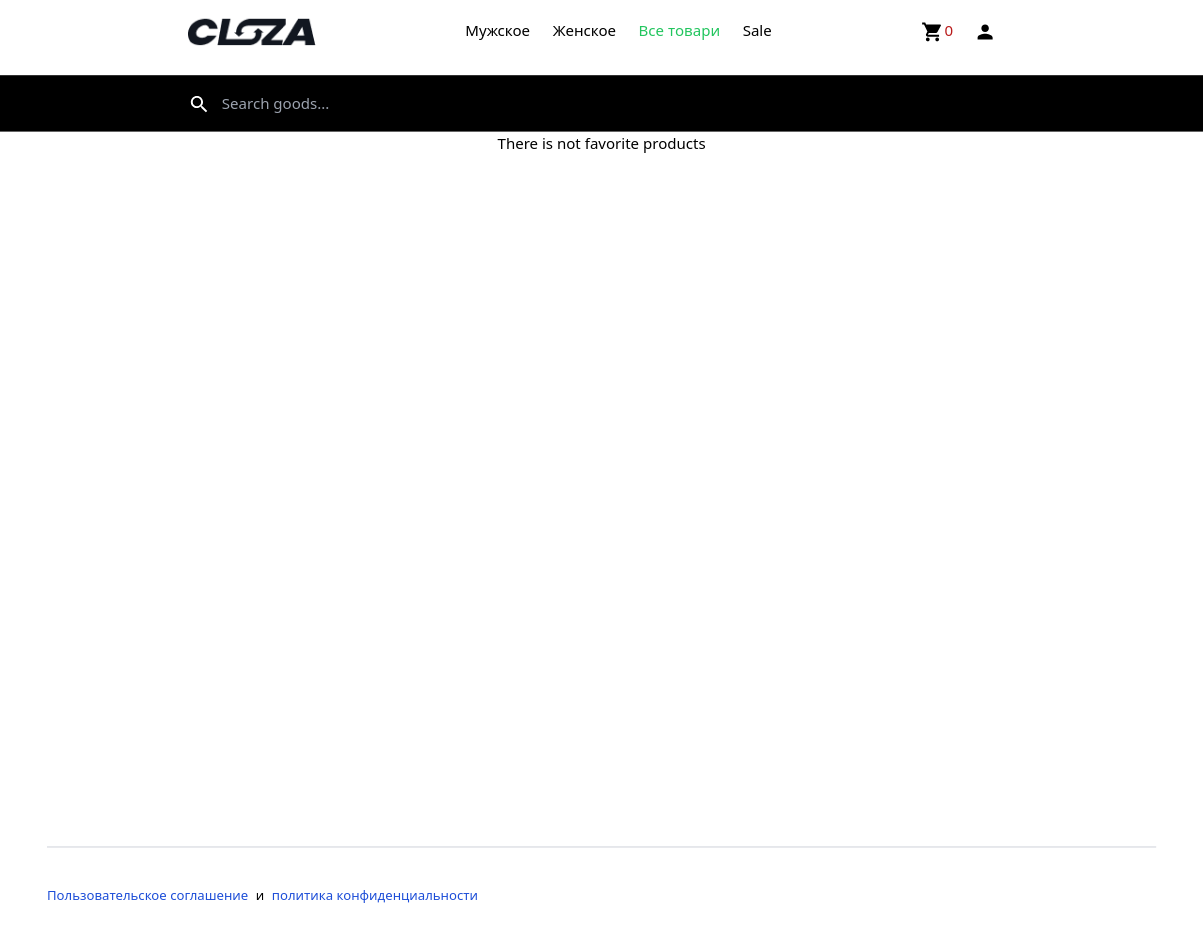
Repository: Ivan-Dovgoniuk/clothes-shop-front-end
Page: /favorite
The author's editor kept a copy of each file at every save. The page is drawn from the files as they stood at one save, then again after the next save.
The browser window is 1280 px wide. The pictures show the whole page, at 94% of full size.
The page's requests for data from a server got no answer. The project was rebuilt for these pictures with package versions that can differ from the ones it lists, and the page was loaded fresh each time. No one was signed in, and anything a server would have sent is missing. Also part of the build but not shown: src/hooks/checkProductStatus.hook.ts, src/hooks/productStatusEditor.hook.ts, src/Components/ProductItem/ProductItem.tsx, src/Pages/ProductPage/components/Products/Products.tsx, src/Pages/CategoriesPage/components/ResetButton/ResetButton.tsx, src/Pages/CategoriesPage/components/SideBarFilters/Filters/CategoryFilter.tsx, src/Pages/CategoriesPage/components/SideBarFilters/Filters/ColorFilter.tsx, src/Pages/CategoriesPage/components/SideBarFilters/Filters/PriceFilter.tsx and 23 more.

Above is the page before, as saved 2023-01-18 21:49:58.

After the next save:
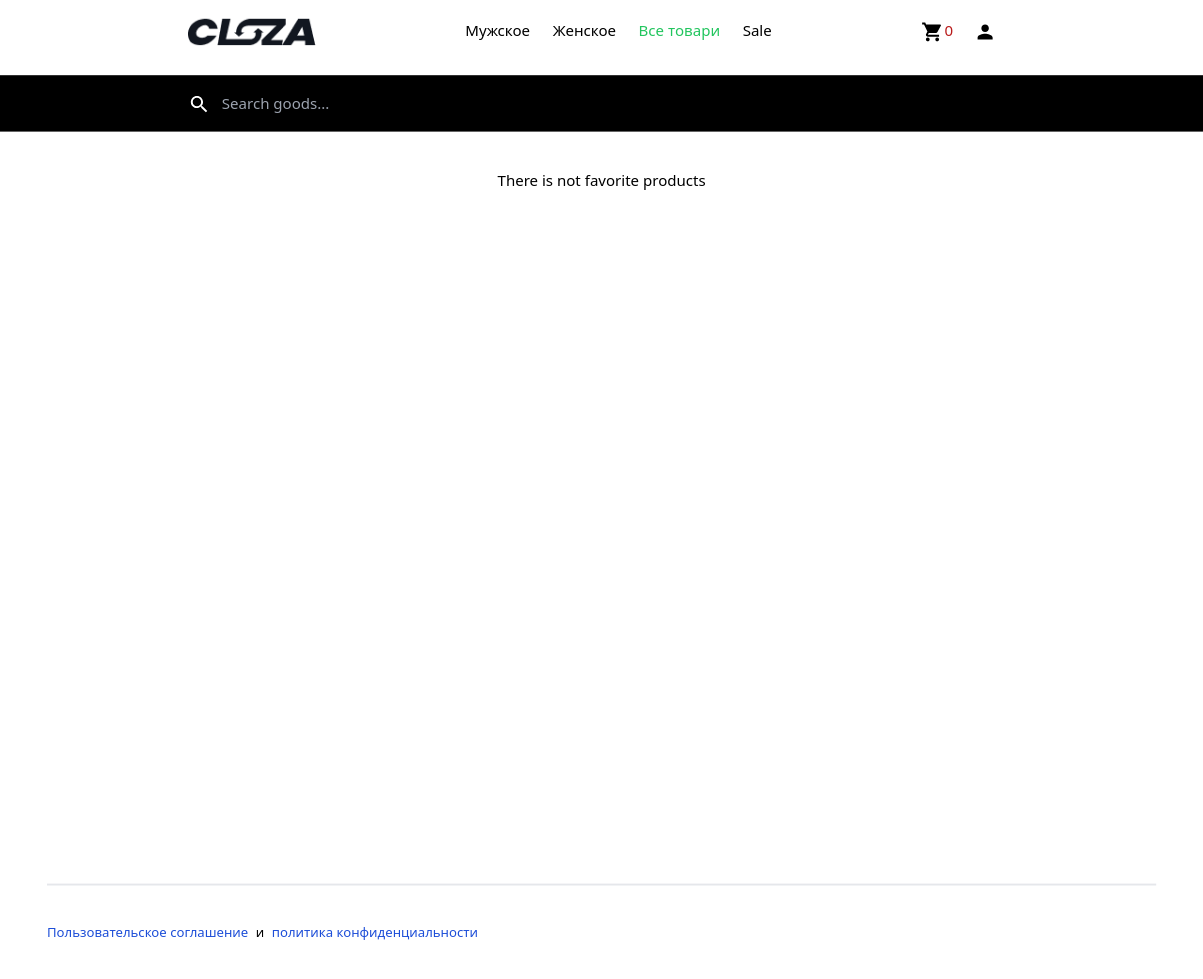
Saved 9 s later.
--- a/src/Pages/FavoriteProductsPage/FavoriteProducts.tsx
+++ b/src/Pages/FavoriteProductsPage/FavoriteProducts.tsx
@@ -8,7 +8,7 @@ export default function FavoriteProducts() {
 
   const {data=[],isLoading} = useGetFavoriteQuery({products_id:favoriteProducts})
 
-  if(!data.length) return <p className='min-h-screen my-0 mx-auto w-full flex justify-center'>There is not favorite products</p>
+  if(!data.length) return <p className='min-h-screen my-0 mx-auto w-full flex justify-center mt-10'>There is not favorite products</p>
 
   return (
     <div className='container mt-10 min-h-screen'>
